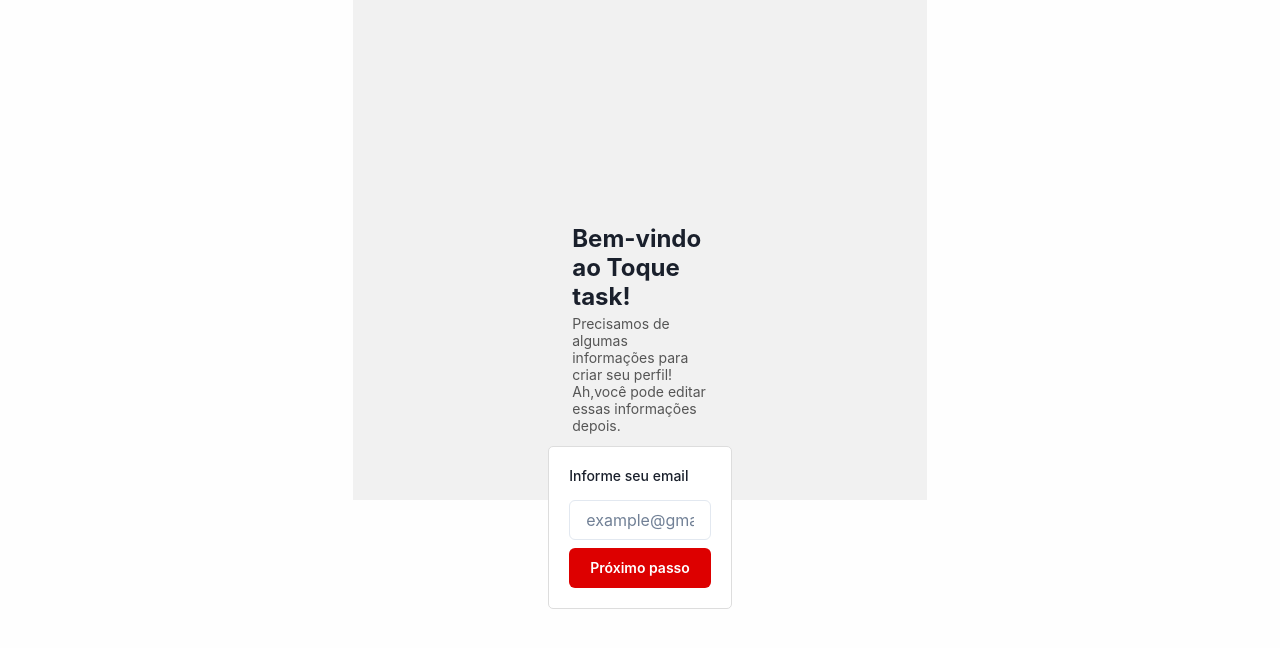
Repository: jorgelucasjs/chakra-ui-doc
Page: /
These files come from the project's save history. The page is drawn as it stood at one moment and after the next save; the edit follows.
The browser window is 1280 px wide. The pictures show the whole page.
The project was rebuilt for these pictures with package versions that can differ from the ones it lists, and the page was loaded fresh each time.

Above is the page before, as saved 2023-01-06 14:39:38.

After the next save:
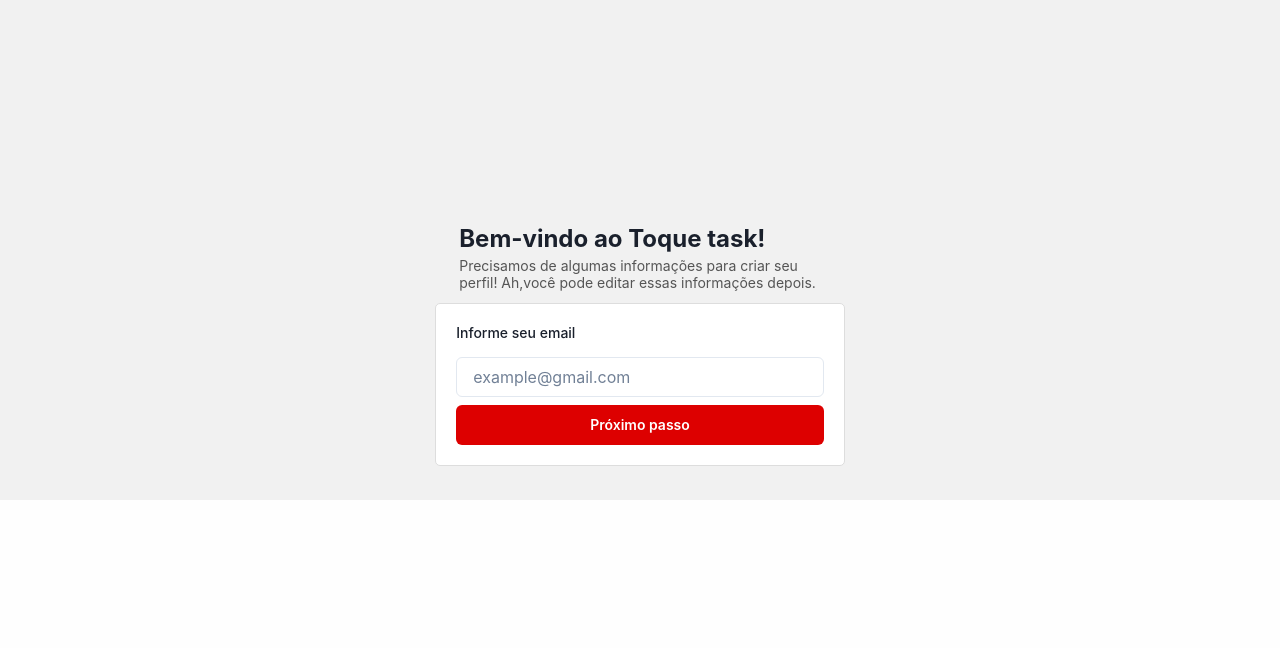
Saved 27 s later.
--- a/src/pages/index.tsx
+++ b/src/pages/index.tsx
@@ -1,37 +1,35 @@
 import React from 'react';
-import { Box, Text, Flex, FormControl, FormLabel, Input, Button, Center, Wrap, WrapItem, Container } from '@chakra-ui/react';
+import { Box, Text, Flex, FormControl, FormLabel, Input,Button, Center } from '@chakra-ui/react';
 
 
 export default function index(): JSX.Element {
 
 	return (
-		<Container>
-			<Center bg={'#F1F1F1'} >
-				<Box h={300} w={'32%'} mt={200}>
-					<Box p={6} pb={0}>
-						<Text fontSize='2xl' mb={1} fontWeight='bold'>Bem-vindo ao Toque task!</Text>
-						<Text fontSize='14' color={'#555555'}>
-							Precisamos de algumas informações para criar seu perfil!
-							Ah,você pode editar essas informações depois.
-						</Text>
-					</Box>
+		<Center  bg={'#F1F1F1'} >
+			<Box h={300} w={'32%'} mt={200}>
+				<Box p={6} pb={0}>
+					<Text fontSize='2xl' mb={1} fontWeight='bold'>Bem-vindo ao Toque task!</Text>
+					<Text fontSize='14' color={'#555555'}>
+						Precisamos de algumas informações para criar seu perfil!
+						Ah,você pode editar essas informações depois.
+					</Text>
+				</Box>
 
-					<Box bg='#fff' p={5} mt={3} borderRadius={5} border='1px solid #ddd'>
-						<FormControl>
-							<FormLabel fontSize='14' mb='4'>Informe seu email</FormLabel>
-							<Input type='email' placeholder='example@gmail.com' />
-							<Button
-								w={'100%'}
-								mt={2}
-								bg='#DD0000'
-								color='#fff'
-								fontSize='14'
-								_hover={{ bg: '#f00' }}
-							>Próximo passo </Button>
-						</FormControl>
-					</Box>
+				<Box bg='#fff' p={5} mt={3} borderRadius={5} border='1px solid #ddd'>
+					<FormControl>
+						<FormLabel fontSize='14' mb='4'>Informe seu email</FormLabel>
+						<Input type='email' placeholder='example@gmail.com'/>
+						<Button
+							w={'100%'}
+							mt={2}
+							bg='#DD0000'
+							color='#fff'
+							fontSize='14'
+							_hover={{ bg: '#f00' }}
+						>Próximo passo </Button>
+					</FormControl>
 				</Box>
-			</Center>
-		</Container>
+			</Box>
+		</Center>
 	);
 }
